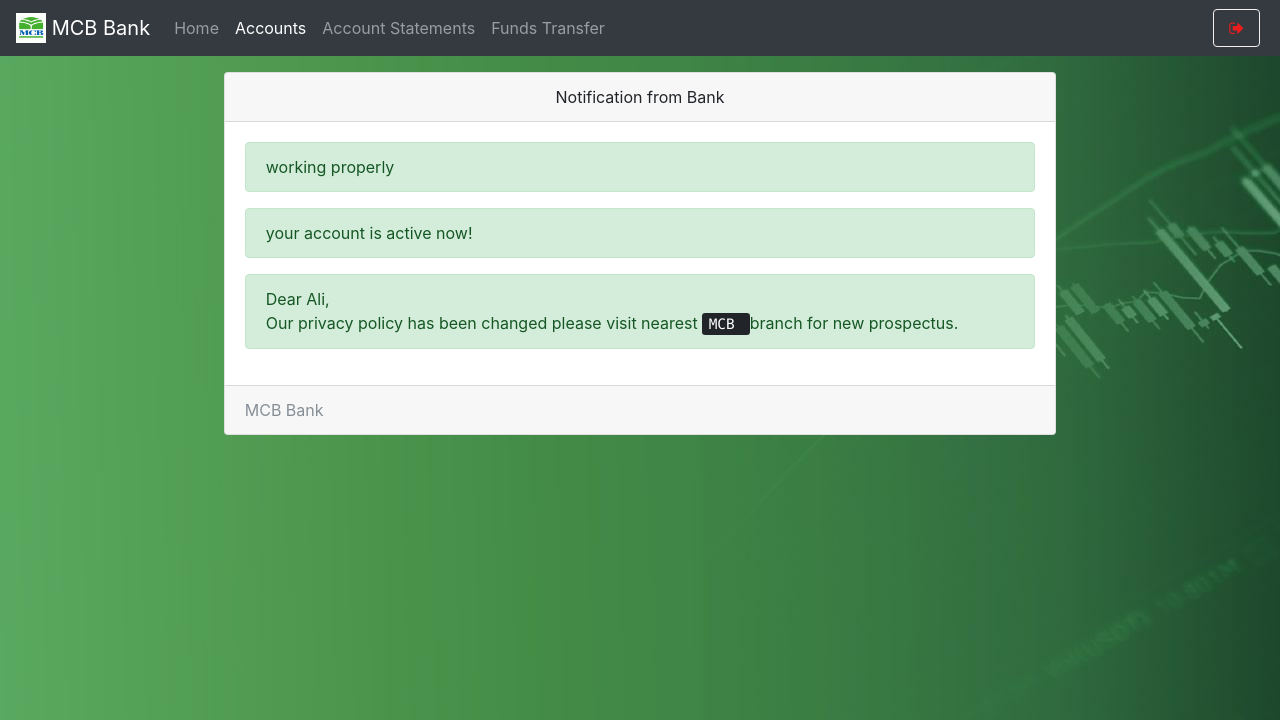
Repository: mhbshimla/my-bank
Page: http://localhost/notice.php
These files come from the project's save history. The page is drawn as it stood at one moment and after the next save; the edit follows.
The browser window is 1280 px wide. The pictures show the whole page.
The page is run by PHP 8.4 with error messages shown; the project is at /var/www/html/. The session is filled in as if someone had signed in: {"userId": 2, "user": {"id": 2, "email": "some2@gmail.com", "name": "Ali khan", "balance": 56000, "nid": "3210375555343", "number": "03356910260", "city": "Islamabad", "address": "Some where in isb", "source": "Programmer", "accountNo": 10054777, "branch": 1, "accountType": "Saving", "date": "2017-12-14 04:50:06"}, "cashId": 2, "managerId": 2}. The database holds what the project's SQL file puts in it.

Above is the page before, as saved 2025-10-13 21:23:12.

After the next save:
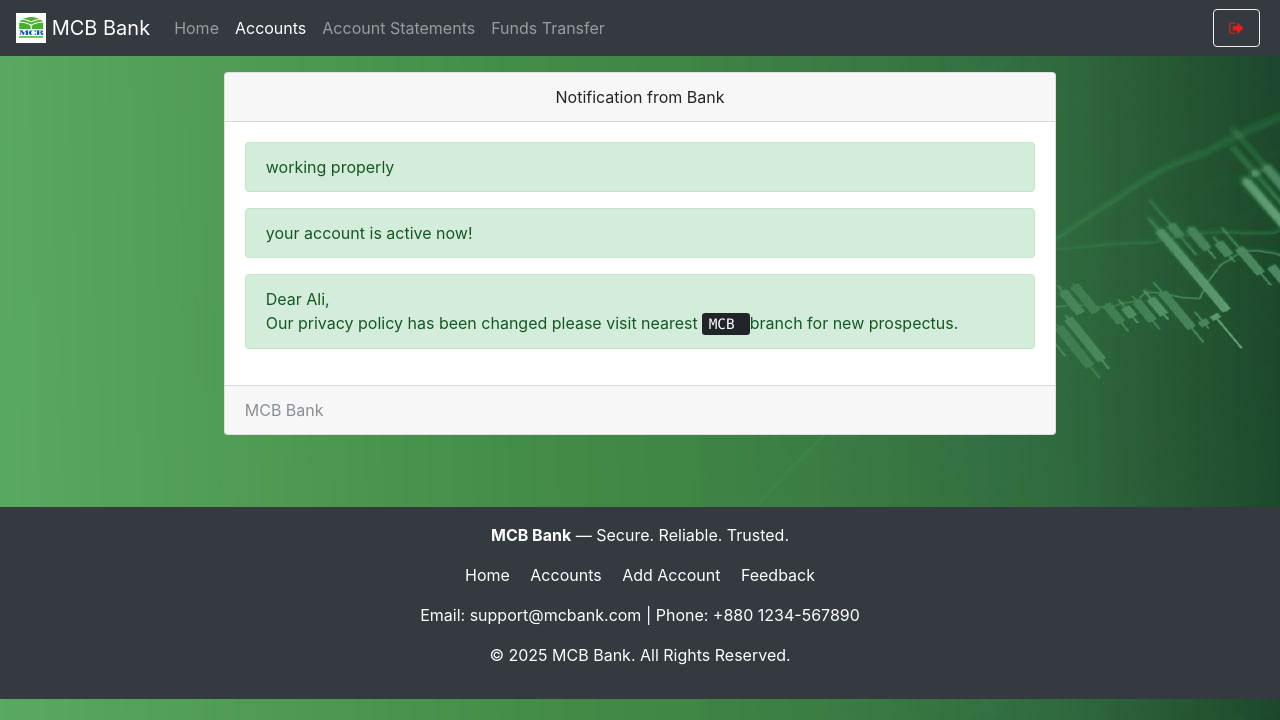
Saved 62 s later.
--- a/notice.php
+++ b/notice.php
@@ -62,7 +62,7 @@
 </div>
 </div> <br> <br> <br>
 
-<!-- <footer class="bg-dark text-white text-center py-3 mt-auto">
+<footer class="bg-dark text-white text-center py-3 mt-auto">
   <div class="container">
     <p><strong>MCB Bank</strong> — Secure. Reliable. Trusted.</p>
     <p>
@@ -74,6 +74,6 @@
     <p>Email: support@mcbank.com | Phone: +880 1234-567890</p>
     <p>&copy; <?php echo date("Y"); ?> MCB Bank. All Rights Reserved.</p>
   </div>
-</footer> -->
+</footer>
 </body>
 </html>
